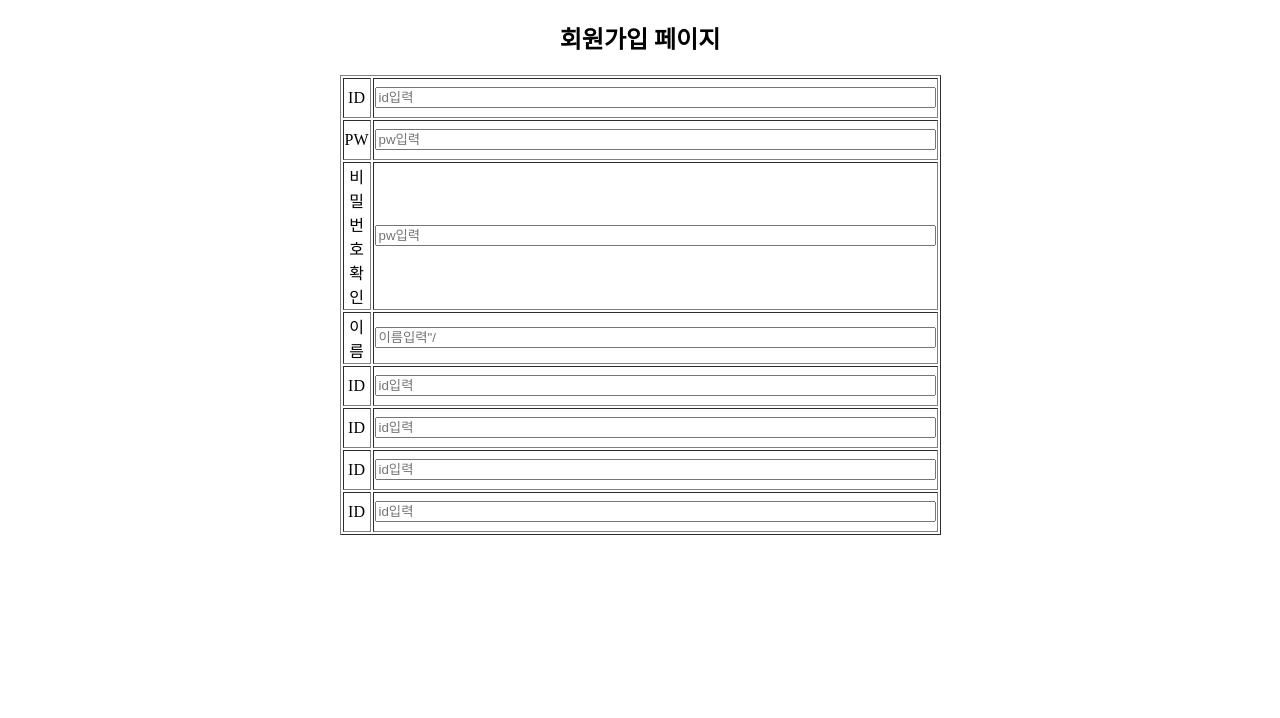
Repository: Served01/Project2_2209
Page: http://localhost/bookReviewProgram/memberinsertform.jsp
These files come from the project's save history. The page is drawn as it stood at one moment and after the next save; the edit follows.
The browser window is 1280 px wide. The pictures show the whole page.
The page is served by Tomcat 9.

Above is the page before, as saved 2022-09-21 04:12:40.

After the next save:
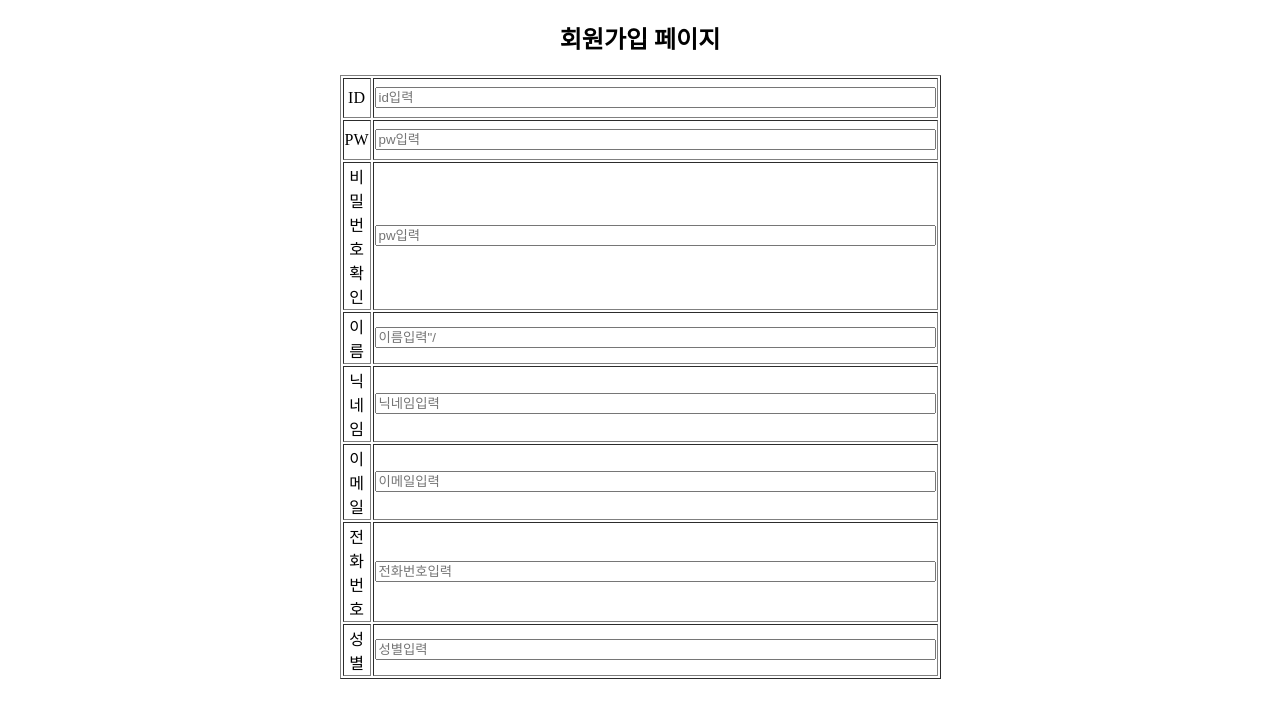
Saved 73 s later.
--- a/bookReviewProgram/src/main/webapp/memberinsertform.jsp
+++ b/bookReviewProgram/src/main/webapp/memberinsertform.jsp
@@ -27,20 +27,20 @@
 			<td width = "250"><input type = "text" name = "name" size = "67" placeholder=이름입력"/></td>
 		</tr>
 		<tr height = "40" align = "center">
-			<td width = "150">ID</td>
-			<td width = "250"><input type = "text" name = "id" size = "67" placeholder="id입력"/></td>
+			<td width = "150">닉네임</td>
+			<td width = "250"><input type = "text" name = "nick" size = "67" placeholder="닉네임입력"/></td>
 		</tr>
 		<tr height = "40" align = "center">
-			<td width = "150">ID</td>
-			<td width = "250"><input type = "text" name = "id" size = "67" placeholder="id입력"/></td>
+			<td width = "150">이메일</td>
+			<td width = "250"><input type = "text" name = "email" size = "67" placeholder="이메일입력"/></td>
 		</tr>
 		<tr height = "40" align = "center">
-			<td width = "150">ID</td>
-			<td width = "250"><input type = "text" name = "id" size = "67" placeholder="id입력"/></td>
+			<td width = "150">전화번호</td>
+			<td width = "250"><input type = "text" name = "tel" size = "67" placeholder="전화번호입력"/></td>
 		</tr>
 		<tr height = "40" align = "center">
-			<td width = "150">ID</td>
-			<td width = "250"><input type = "text" name = "id" size = "67" placeholder="id입력"/></td>
+			<td width = "150">성별</td>
+			<td width = "250"><input type = "text" name = "gender" size = "67" placeholder="성별입력"/></td>
 		</tr>
 
 	</table>
